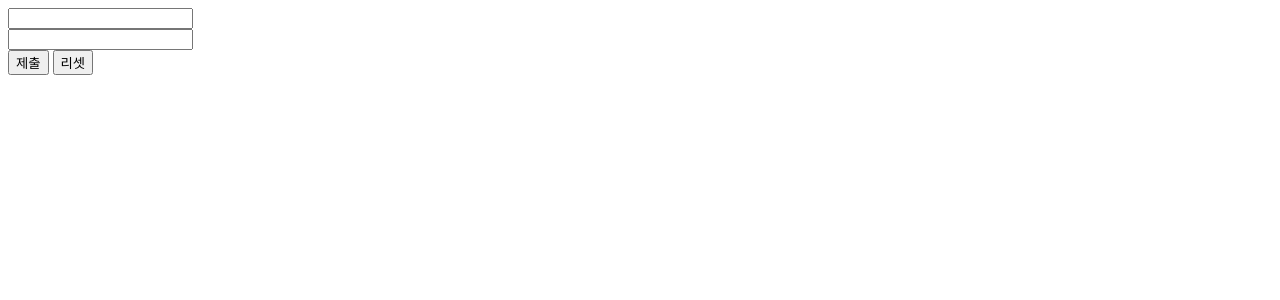
Repository: hanbeen03/javabasic
Page: http://localhost/JSPBasic/01-request/req_param_send.jsp
The author's editor kept a copy of each file at every save. The page is drawn from the files as they stood at one save, then again after the next save.
The browser window is 1280 px wide. The pictures show the whole page.
The page is served by Tomcat 9.

Above is the page before, as saved 2021-07-30 04:07:09.

### JSPBasic/WebContent/01-request/req_param_send.jsp
<%@ page language="java" contentType="text/html; charset=UTF-8"
    pageEncoding="UTF-8"%>
<!DOCTYPE html>
<html>
<head>
<meta charset="UTF-8">
<title>객체에 파라미터 전달 예제</title>
</head>
<body>
	<!-- form 태그의 action은 데이터가 전달될 목적지입니다..
	현재, req_param_getpost로 날릴 예정입니다. -->
	<form action="req_param_getpost.jsp" method="get">
		<input type="text" name="apple"/><br>
		<input type="password" name="banana"/><br>
		<input type="submit" value="제출"/>
		<input type="reset" value="리셋"/>
	</form>
</body>
</html>

After the next save:
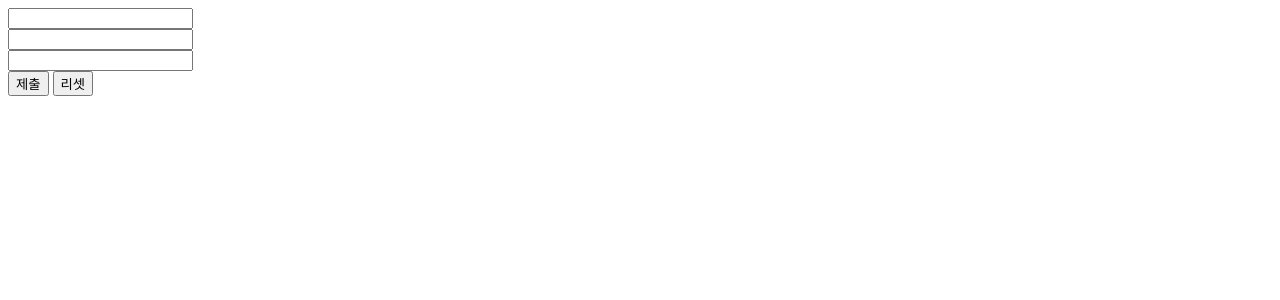
Saved 5 min 24 s later.
--- a/JSPBasic/WebContent/01-request/req_param_send.jsp
+++ b/JSPBasic/WebContent/01-request/req_param_send.jsp
@@ -12,6 +12,7 @@
 	<form action="req_param_getpost.jsp" method="get">
 		<input type="text" name="apple"/><br>
 		<input type="password" name="banana"/><br>
+		<input type="text" name="introduction" /><br>
 		<input type="submit" value="제출"/>
 		<input type="reset" value="리셋"/>
 	</form>
